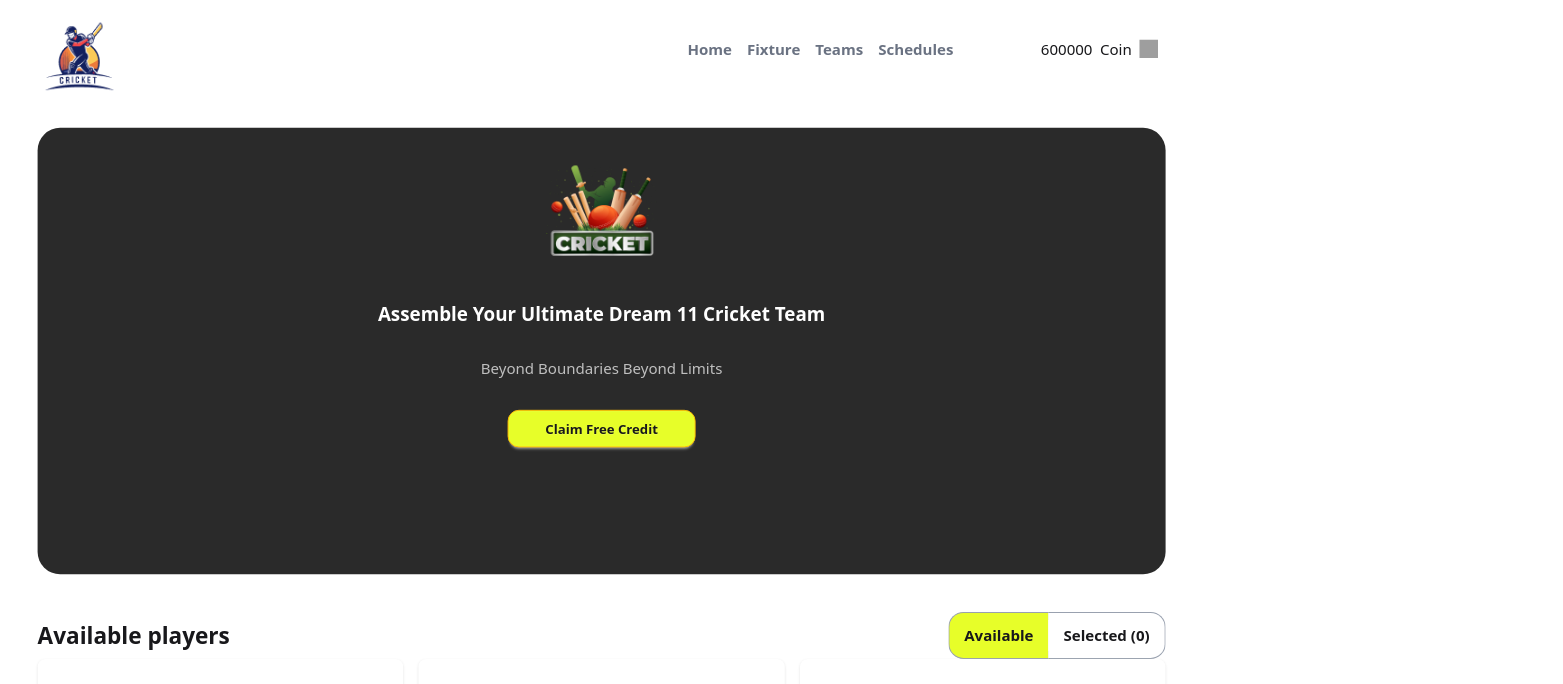
Repository: SanjidaSnigdha/Select-your-eleven
Page: /
The author's editor kept a copy of each file at every save. The page is drawn from the files as they stood at one save, then again after the next save.
The browser window is 1280 px wide. The page is 1280 px wide, then 1663 px, then 1280 px, so the pictures cover 1663 px, including what lies to the right of the window. The pictures show the part of the page from y = 0 to 728 px (the page is 3897 px tall before and 1521 px after), at 94% of full size.
Pictures or frames that could not be fetched are drawn as grey boxes. The project was rebuilt for these pictures with package versions that can differ from the ones it lists, and the page was loaded fresh each time. Also part of the build but not shown: vite.config.js, src/App.css, src/components/SelectedCard/SelectedCard.jsx, src/components/SelectedPlayers/SelectedPlayers.jsx.

Above is the page before, as saved 2026-03-23 01:21:14.

After the next save:
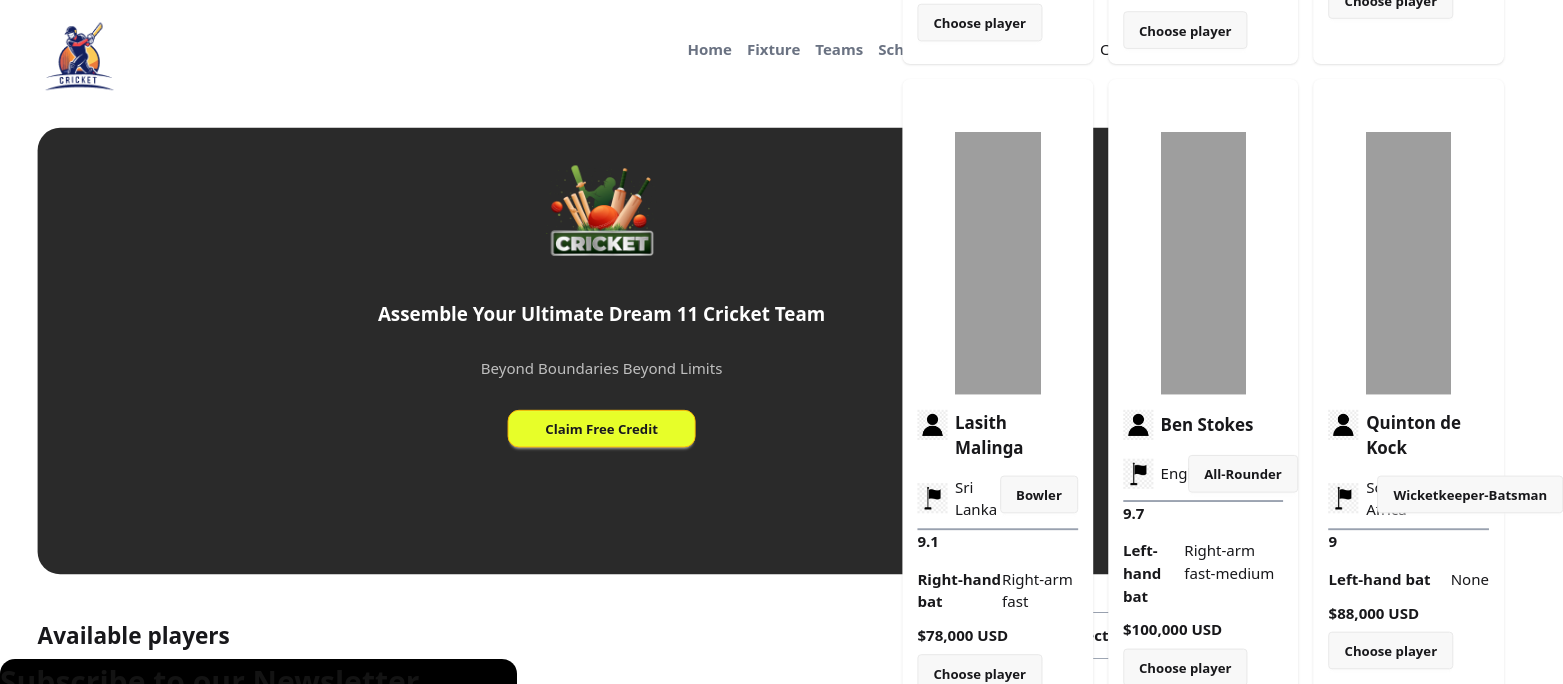
Saved 32 s later.
--- a/src/components/AvailablePlayers/AvailablePlayers.jsx
+++ b/src/components/AvailablePlayers/AvailablePlayers.jsx
@@ -5,7 +5,7 @@
 const AvailablePlayers = ({playersPromise,setAvailableBalance,availableBalance,purchasedPlayers,setPurchasedPlayers}) => {
     const playerData = use(playersPromise)
     return (
-        <div className='max-w-[1200px] mx-auto grid grid-cols-1 md:grid-cols-3 gap-4'>
+        <div className='max-w-[1200px] mx-auto grid grid-cols-1 md:grid-cols-3 gap-4 absolute -bottom-8 left-1/2 translate-x-1/2 z-10'>
 
             {
               playerData.map(player=><PlayerCard setPurchasedPlayers={setPurchasedPlayers} purchasedPlayers={purchasedPlayers} availableBalance={availableBalance} setAvailableBalance={setAvailableBalance} player={player}></PlayerCard>

After the 2 saves that followed:
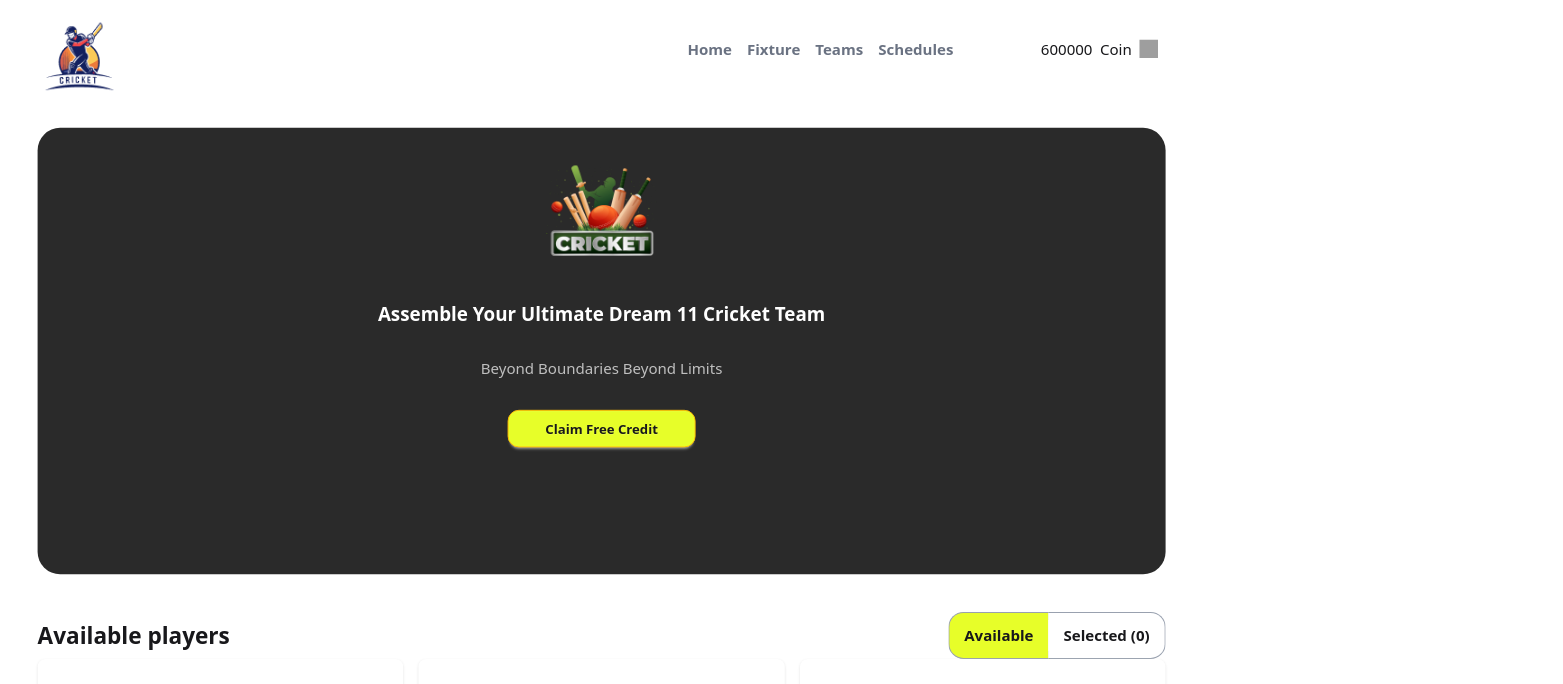
The 2 saves are shown as one change because 1 left the picture as it was.
The last was saved 38 s later.
--- a/src/components/AvailablePlayers/AvailablePlayers.jsx
+++ b/src/components/AvailablePlayers/AvailablePlayers.jsx
@@ -5,7 +5,7 @@
 const AvailablePlayers = ({playersPromise,setAvailableBalance,availableBalance,purchasedPlayers,setPurchasedPlayers}) => {
     const playerData = use(playersPromise)
     return (
-        <div className='max-w-[1200px] mx-auto grid grid-cols-1 md:grid-cols-3 gap-4 absolute -bottom-8 left-1/2 translate-x-1/2 z-10'>
+        <div className='max-w-[1200px] mx-auto grid grid-cols-1 md:grid-cols-3 gap-4'>
 
             {
               playerData.map(player=><PlayerCard setPurchasedPlayers={setPurchasedPlayers} purchasedPlayers={purchasedPlayers} availableBalance={availableBalance} setAvailableBalance={setAvailableBalance} player={player}></PlayerCard>
